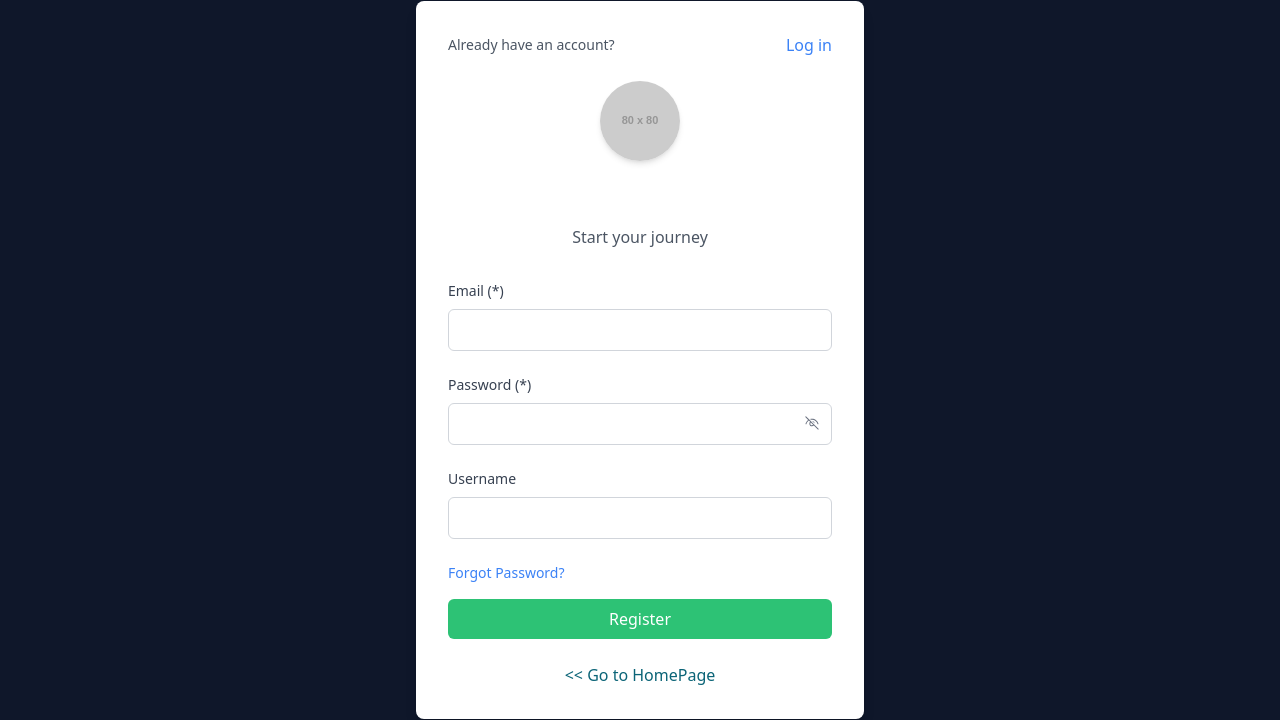
Repository: DatVX02/SWD392--ChienNV33
Page: /register (app in FE/ticket-reused/)
The author's editor kept a copy of each file at every save. The page is drawn from the files as they stood at one save, then again after the next save.
The browser window is 1280 px wide. The pictures show the whole page.
The project was rebuilt for these pictures with package versions that can differ from the ones it lists, and the page was loaded fresh each time. Also part of the build but not shown: FE/ticket-reused/vite.config.js, FE/ticket-reused/src/components/banner/Banner.jsx, FE/ticket-reused/src/components/layout/Header.jsx, FE/ticket-reused/src/components/button/Button.jsx, FE/ticket-reused/src/components/loading/LoadingSkeleton.jsx, FE/ticket-reused/src/components/ticket/TicketCard.jsx, FE/ticket-reused/src/components/ticket/TicketList.jsx, FE/ticket-reused/src/App.jsx and 2 more.

Above is the page before, as saved 2024-10-09 20:58:45.

### FE/ticket-reused/src/main.jsx
// main.jsx
import React from "react";
import { createRoot } from "react-dom/client";
import "./index.css";
import { BrowserRouter } from "react-router-dom";
import Layout from "./Layout";

createRoot(document.getElementById("root")).render(
  <React.StrictMode>
    <BrowserRouter>
      <Layout />
    </BrowserRouter>
  </React.StrictMode>
);

### FE/ticket-reused/src/index.css
@tailwind base;
@tailwind components;
@tailwind utilities;

@layer base {
  body {
    @apply px-5 text-white bg-slate-900;
  }

  .font-body {
    font-family: 'YourCustomFont', sans-serif;
  }
}

@layer components {
  .page-container {
    max-width: 1280px;
    @apply mx-auto;
  }

  .movie-list .swiper-slide {
    width: 300px;
    height: auto;
  }
  .banner .swiper {
    height: 100%;
  }
}
/* .pagination{
  display: flex;
  align-items: center;
  justify-content: center;
  gap: 20px;
  .selected {
    @apply text-primary;
  }
  .skeleton {
    background-color: #eee;
    background-image: linear-gradient(
      110deg,
      #ececec 8%,
      #f5f5f5 18%,
      #ececec 35%
    );
    background-size: 200% 100%;
    animation: 1.5s shine linear infinite;
  }

} */

### FE/ticket-reused/src/Layout.jsx
import { Route, Routes } from "react-router-dom";
import App from "./App";
import HomePage from "./components/page/HomePage";
import Login from "./components/Auther/Login";
import Register from "./components/Auther/Register";

const Layout = () => {
  const NotFound = () => {
    return (
      <div className="container px-4 py-3 mx-auto my-4 mt-3 text-red-700 bg-red-100 border border-red-400 rounded">
        404. Not found data with current URL
      </div>
    );
  };
  return (
    <>
      <Routes>
        <Route path="/" element={<App />}>
          <Route index element={HomePage}></Route>
        </Route>

        <Route path="/login" element={<Login />} />
        <Route path="/register" element={<Register />} />
        <Route path="*" element={<NotFound />} />
      </Routes>
    </>
  );
};

export default Layout;

### FE/ticket-reused/src/components/Auther/Register.jsx
import { useState } from "react";
import { useNavigate } from "react-router-dom";
import { VscEye, VscEyeClosed } from "react-icons/vsc";

const Register = () => {
  const [email, setEmail] = useState("");
  const [password, setPassword] = useState("");
  const [username, setUsername] = useState("");
  const [errorMessage, setErrorMessage] = useState(""); // New state for error messages
  const navigate = useNavigate();

  const [isShowPassword, setIsShowPassword] = useState(false);

  const validateEmail = (email) => {
    return String(email)
      .toLowerCase()
      .match(
        /^(([^<>()[\]\\.,;:\s@"]+(\.[^<>()[\]\\.,;:\s@"]+)*)|.(".+"))@((\[[0-9]{1,3}\.[0-9]{1,3}\.[0-9]{1,3}\.[0-9]{1,3}\])|(([a-zA-Z\-0-9]+\.)+[a-zA-Z]{2,}))$/
      );
  };

  const handleRegister = async () => {
    // Reset error message
    setErrorMessage("");

    // Validate email
    const isValidEmail = validateEmail(email);
    if (!isValidEmail) {
      setErrorMessage("Invalid email format");
      return;
    }

    if (!password) {
      setErrorMessage("Password is required");
      return;
    }

    // Handle successful registration (replace with your API logic)
    setErrorMessage(""); // Clear error if successful

    // Example: Redirect to login page
    navigate("/login");
  };

  return (
    <div className="flex flex-col items-center justify-center min-h-screen">
      <div className="w-full max-w-md p-8 bg-white rounded-lg shadow-lg">
        {/* Header */}
        <div className="flex items-center justify-between mb-6">
          <span
            className="text-sm text-gray-600"
            onClick={() => navigate("/login")}
          >
            Already have an account?
          </span>
          <button
            onClick={() => navigate("/login")}
            className="font-medium text-blue-500 hover:underline"
          >
            Log in
          </button>
        </div>

        {/* Avatar */}
        <div className="flex justify-center mb-4">
          <img
            src="https://via.placeholder.com/80"
            alt="User Avatar"
            className="w-20 h-20 rounded-full shadow-md"
          />
        </div>

        {/* Title */}
        <h1 className="mb-4 text-2xl font-semibold text-center">Wordaholic</h1>
        <p className="mb-8 text-center text-gray-600">Start your journey</p>

        {/* Error Message */}
        {errorMessage && (
          <div className="mb-4 text-center text-red-500">{errorMessage}</div>
        )}

        {/* Content Form */}
        <div className="space-y-6">
          {/* Email Field */}
          <div className="flex flex-col">
            <label className="mb-2 text-sm font-medium text-gray-700">
              Email (*)
            </label>
            <input
              type="email"
              className="p-2 border border-gray-300 rounded-md focus:ring-blue-500 focus:border-blue-500"
              value={email}
              onChange={(e) => setEmail(e.target.value)}
            />
          </div>

          {/* Password Field */}
          <div className="relative flex flex-col">
            <label className="mb-2 text-sm font-medium text-gray-700">
              Password (*)
            </label>
            <input
              type={isShowPassword ? "text" : "password"}
              className="p-2 border border-gray-300 rounded-md focus:ring-blue-500 focus:border-blue-500"
              value={password}
              onChange={(e) => setPassword(e.target.value)}
            />
            <span
              className="absolute text-gray-500 cursor-pointer right-3 top-10"
              onClick={() => setIsShowPassword(!isShowPassword)}
            >
              {isShowPassword ? <VscEye /> : <VscEyeClosed />}
            </span>
          </div>

          {/* Username Field */}
          <div className="flex flex-col">
            <label className="mb-2 text-sm font-medium text-gray-700">
              Username
            </label>
            <input
              type="text"
              className="p-2 border border-gray-300 rounded-md focus:ring-blue-500 focus:border-blue-500"
              value={username}
              onChange={(e) => setUsername(e.target.value)}
            />
          </div>

          {/* Forgot Password */}
          <div className="flex flex-col space-y-4">
            <span
              className="text-sm text-blue-500 cursor-pointer hover:underline"
              onClick={() => navigate("/forgot-password")}
            >
              Forgot Password?
            </span>

            {/* Submit Button */}
            <button
              className="px-4 py-2 text-white transition duration-300 rounded-md bg-primary hover:bg-secondary"
              onClick={handleRegister}
            >
              Register
            </button>
          </div>

          {/* Back to Home */}
          <div className="mt-4 text-center">
            <span
              className="cursor-pointer text-secondary hover:underline"
              onClick={() => navigate("/")}
            >
              &#60;&#60; Go to HomePage
            </span>
          </div>
        </div>
      </div>
    </div>
  );
};

export default Register;

### FE/ticket-reused/tailwind.config.js
/** @type {import('tailwindcss').Config} */
export default {
  content: [
    "./src/**/*.{js,jsx,ts,tsx}", // Điều chỉnh theo đường dẫn tệp dự án của bạn
  ],
  theme: {
    extend: {
      fontFamily: {
        body: ["YourCustomFont", "sans-serif"],
      },
      colors: {
        primary: "#2DC275",
        secondary: "#0B6477",
      },
    },
  },
  plugins: [],
};

Loaded but not shown: FE/ticket-reused/index.html (common file)

After the next save:
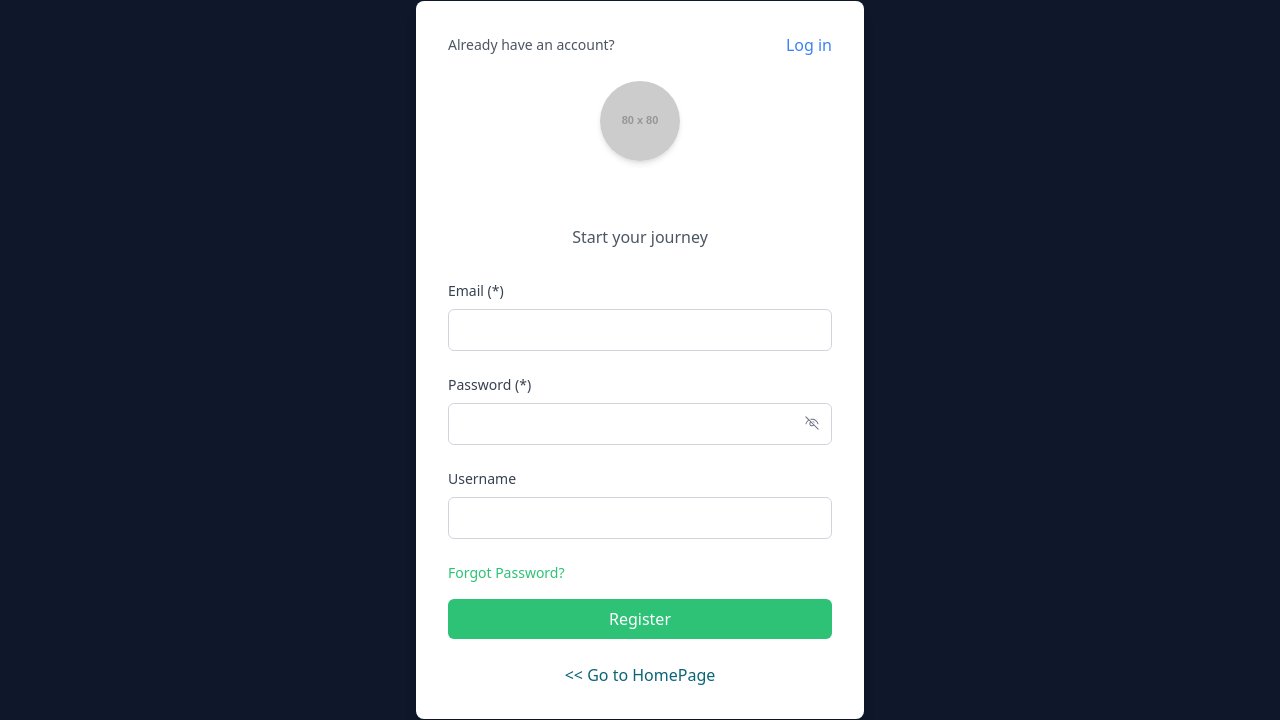
Saved 54 s later.
--- a/FE/ticket-reused/src/components/Auther/Register.jsx
+++ b/FE/ticket-reused/src/components/Auther/Register.jsx
@@ -129,7 +129,7 @@
           {/* Forgot Password */}
           <div className="flex flex-col space-y-4">
             <span
-              className="text-sm text-blue-500 cursor-pointer hover:underline"
+              className="text-sm cursor-pointer text-primary hover:underline"
               onClick={() => navigate("/forgot-password")}
             >
               Forgot Password?
